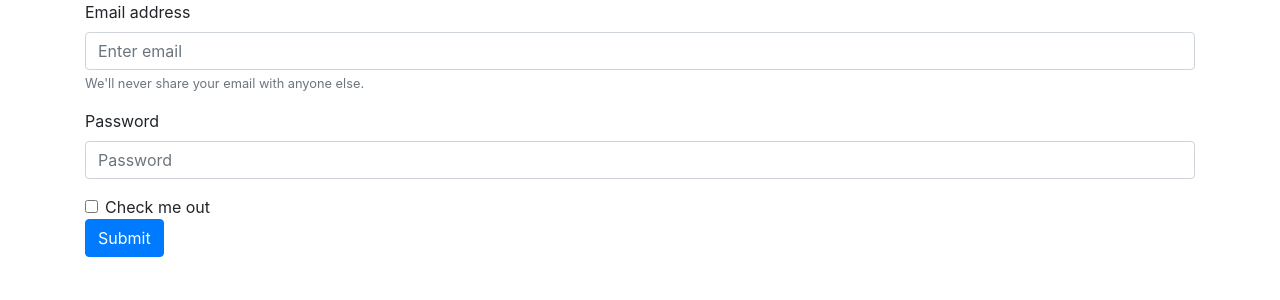
Repository: phamvuhung2710/sound-express
Page: http://localhost/download
These files come from the project's save history. The page is drawn as it stood at one moment and after the next save; the edit follows.
The browser window is 1280 px wide. The pictures show the whole page.
The page is served by the project's Node server (server.js).

Above is the page before, as saved 2022-08-04 22:07:53.

After the next save:
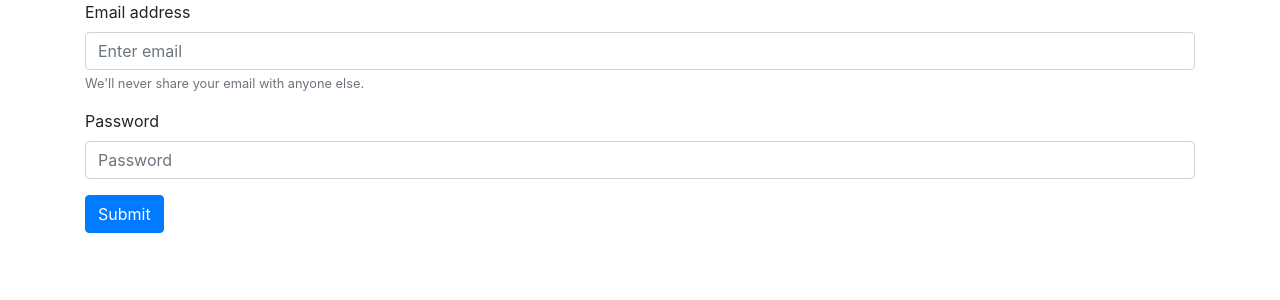
Saved 18 s later.
--- a/views/download.ejs
+++ b/views/download.ejs
@@ -37,12 +37,6 @@
             placeholder="Password"
           />
         </div>
-        <div class="form-check">
-          <input type="checkbox" class="form-check-input" id="exampleCheck1" />
-          <label class="form-check-label" for="exampleCheck1"
-            >Check me out</label
-          >
-        </div>
         <button type="submit" class="btn btn-primary">Submit</button>
       </form>
     </div>
